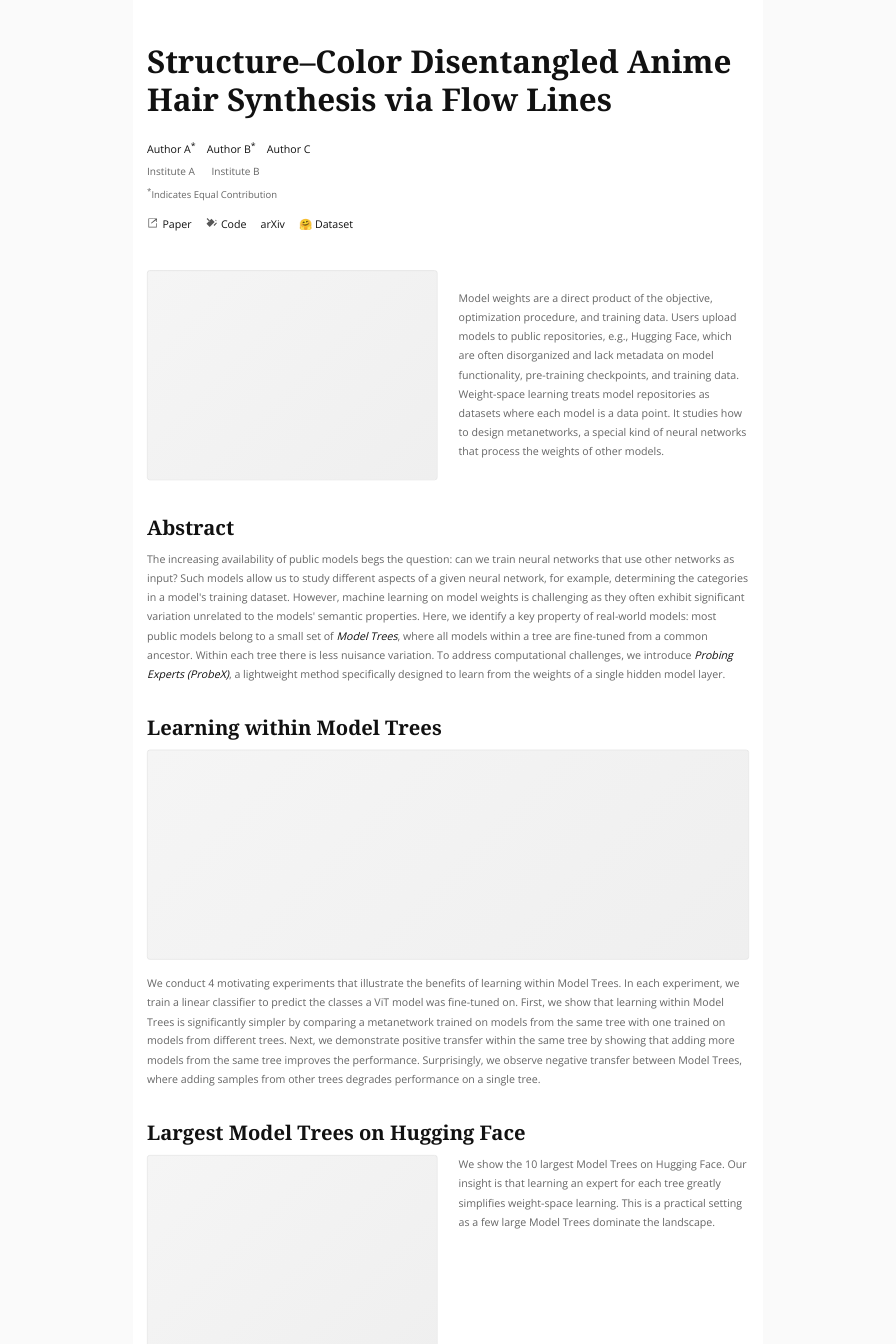
Repository: zty0304/FlowLines-web
Page: index.html
These files come from the project's save history. The page is drawn as it stood at one moment and after the next save; the edit follows.
The browser window is 1280 px wide. The pictures show the part of the page from y = 0 to 1920 px (the page is 3559 px tall before and 3624 px after), at 70% of full size.

Above is the page before, as saved 2026-08-31 15:22:02.

### index.html
<!DOCTYPE html>
<html lang="en">
  <head>
    <meta charset="UTF-8" />
    <meta name="viewport" content="width=device-width, initial-scale=1.0" />
    <meta name="description" content="Academic Research Paper Project Page" />
    <title>Your Paper Title</title>
    <link
      href="https://fonts.googleapis.com/css2?family=Noto+Serif:wght@400;700&family=Open+Sans:wght@400;600;700&display=swap"
      rel="stylesheet"
    />
    <link rel="stylesheet" href="styles.css" />
  </head>
  <body>
    <main class="content">
      <article class="paper">
        <div class="title-block">
          <h1>Structure–Color Disentangled Anime Hair Synthesis via Flow Lines</h1>

          <div class="authors-block">
            <div class="authors">
              <span><a href="#">Author A</a><sup>*</sup></span>
              <span><a href="#">Author B</a><sup>*</sup></span>
              <span><a href="#">Author C</a><sup></sup></span>
            </div>

            <div class="affiliations">
              <span>Institute A</span>
              <span>Institute B</span>
            </div>

            <div class="notes">
              <sup>*</sup><span>Indicates Equal Contribution</span>
            </div>

            <div class="links-row">
              <a href="#" class="paper-link">
                <svg width="16" height="16" viewBox="0 0 16 16" fill="currentColor">
                  <path d="M2 1h7v1H3v11h10V8h1v6H2V1z"></path>
                  <path d="M9 1v1h3.3L5.65 7.65l.7.7L13.3 3.3V6h1V1H9z"></path>
                </svg>
                <span>Paper</span>
              </a>
              <a href="#" class="code-link">
                <svg width="16" height="16" viewBox="0 0 16 16" fill="currentColor">
                  <path d="M4.927 5.427L6.06 4.294 2.354 0.588 1.22 1.721 4.927 5.427zm6.146 5.146l1.133 1.133 3.706-3.706-1.133-1.133-3.706 3.706zM1 8.54l7.072-7.072 4.596 4.596-7.072 7.072L1 8.54zm13.778-3.404l-1.414-1.414.707-.707 1.414 1.414-.707.707z"></path>
                </svg>
                <span>Code</span>
              </a>
              <a href="#" class="arxiv-link">
                <span>arXiv</span>
              </a>
              <a href="#" class="dataset-link">
                <span>🤗 Dataset</span>
              </a>
            </div>
          </div>
        </div>

        <div class="intro-section">
          <figure class="intro-figure">
            <div class="placeholder-img"></div>
          </figure>

          <p>
            Model weights are a direct product of the objective, optimization procedure, and training
            data. Users upload models to public repositories, e.g., Hugging Face, which are often
            disorganized and lack metadata on model functionality, pre-training checkpoints, and
            training data. Weight-space learning treats model repositories as datasets where each
            model is a data point. It studies how to design metanetworks, a special kind of neural
            networks that process the weights of other models.
          </p>
        </div>

        <section class="paper-section">
          <h2>Abstract</h2>
          <p>
            The increasing availability of public models begs the question: can we train neural networks
            that use other networks as input? Such models allow us to study different aspects of a given
            neural network, for example, determining the categories in a model's training dataset. However,
            machine learning on model weights is challenging as they often exhibit significant variation
            unrelated to the models' semantic properties. Here, we identify a key property of real-world
            models: most public models belong to a small set of <em>Model Trees</em>, where all models within
            a tree are fine-tuned from a common ancestor. Within each tree there is less nuisance variation.
            To address computational challenges, we introduce <em>Probing Experts (ProbeX)</em>, a lightweight
            method specifically designed to learn from the weights of a single hidden model layer.
          </p>
        </section>

        <section class="paper-section">
          <h2>Learning within Model Trees</h2>
          <figure class="section-figure">
            <div class="placeholder-img"></div>
          </figure>
          <p>
            We conduct 4 motivating experiments that illustrate the benefits of learning within Model
            Trees. In each experiment, we train a linear classifier to predict the classes a ViT model
            was fine-tuned on. First, we show that learning within Model Trees is significantly simpler
            by comparing a metanetwork trained on models from the same tree with one trained on models
            from different trees. Next, we demonstrate positive transfer within the same tree by showing
            that adding more models from the same tree improves the performance. Surprisingly, we observe
            negative transfer between Model Trees, where adding samples from other trees degrades
            performance on a single tree.
          </p>
        </section>

        <section class="paper-section">
          <h2>Largest Model Trees on Hugging Face</h2>
          <div class="section-content">
            <figure class="section-figure">
              <div class="placeholder-img"></div>
            </figure>
            <p>
              We show the 10 largest Model Trees on Hugging Face. Our insight is that learning an expert
              for each tree greatly simplifies weight-space learning. This is a practical setting as a few
              large Model Trees dominate the landscape.
            </p>
          </div>
        </section>

        <section class="paper-section">
          <h2>Probing Experts (ProbeX)</h2>
          <figure class="section-figure">
            <div class="placeholder-img"></div>
          </figure>
          <p>
            Unlike conventional probing methods that operate only on inputs and outputs, our lightweight
            architecture scales weight-space learning to large models by probing hidden model layers.
            ProbeX begins by passing a set of learned probes through the input weight matrix. A projection
            matrix, shared between all probes, reduces the dimensionality of the probe responses, followed
            by a non-linear activation. Each probe response is then mapped to a probe encoding via a
            per-probe encoder matrix. We sum the probe encodings to obtain the final model encoding, which
            the predictor head maps to the task output.
          </p>
        </section>

        <section class="paper-section">
          <h2>Results</h2>
          <p>
            ProbeX achieves state-of-the-art results on the task of training category prediction, accurately
            identifying the specific classes within a model's training dataset. Excitingly, ProbeX can also
            align fine-tuned Stable Diffusion weights with language representations. This capability enables
            a new task: zero-shot model classification, where models are classified via a text prompt describing
            their training data.
          </p>
          <figure class="section-figure">
            <div class="placeholder-img"></div>
          </figure>
        </section>

        <section class="paper-section bibtex-section">
          <div class="bibtex-header">
            <h2>BibTeX</h2>
            <button class="copy-btn" onclick="copyToClipboard()">Copy</button>
          </div>
          <pre id="bibtex"><code>@inproceedings{yourpaper2026,
  title = {Structure--Color Disentangled Anime Hair Synthesis via Flow Lines},
  author = {Author A and Author B and Author C},
  booktitle = {SIGGRAPH Asia 2026 Conference Proceedings},
  year = {2026}
}</code></pre>
        </section>

        <div class="footer-note">
          <p>
            This page was built using the <a href="https://github.com/eliahuhorwitz/Academic-project-page-template">Academic Project Page Template</a> which was adopted from the <a href="https://nerfies.github.io/">Nerfies</a> project page.
          </p>
        </div>
      </article>
    </main>

    <script src="script.js"></script>
  </body>
</html>

### styles.css
:root {
  --text-color: #111;
  --muted-color: #666;
  --bg-color: #fff;
  --border-color: #e0e0e0;
}

* {
  margin: 0;
  padding: 0;
  box-sizing: border-box;
}

html {
  scroll-behavior: smooth;
}

body {
  font-family: 'Open Sans', 'Helvetica Neue', Helvetica, Arial, sans-serif;
  background-color: #fafafa;
  color: var(--text-color);
  line-height: 1.6;
}

main.content {
  max-width: 900px;
  margin: 0 auto;
  padding: 60px 20px;
  background-color: var(--bg-color);
}

article.paper {
  padding: 0;
}

h1, h2, h3 {
  font-family: 'Noto Serif', serif;
  font-weight: 700;
  line-height: 1.2;
}

h1 {
  font-size: 2.8rem;
  margin-bottom: 30px;
  color: var(--text-color);
}

h2 {
  font-size: 1.8rem;
  margin-bottom: 15px;
  margin-top: 40px;
  color: var(--text-color);
}

h3 {
  font-size: 1.1rem;
}

a {
  color: var(--text-color);
  text-decoration: none;
}

a:hover {
  text-decoration: underline;
}

.title-block {
  margin-bottom: 50px;
}

.authors-block {
  margin-top: 20px;
}

.authors {
  font-size: 0.95rem;
  margin-bottom: 8px;
}

.authors span {
  display: inline;
  margin-right: 12px;
}

.authors a {
  color: var(--text-color);
}

.affiliations {
  font-size: 0.9rem;
  color: var(--muted-color);
  margin-bottom: 8px;
}

.affiliations span {
  margin-right: 20px;
}

.notes {
  font-size: 0.85rem;
  color: var(--muted-color);
  margin-bottom: 15px;
}

.links-row {
  display: flex;
  gap: 20px;
  flex-wrap: wrap;
  margin-top: 15px;
}

.links-row a {
  display: inline-flex;
  align-items: center;
  gap: 6px;
  font-size: 0.95rem;
  font-weight: 500;
  color: var(--text-color);
  padding: 4px 0;
}

.links-row a:hover {
  text-decoration: underline;
}

.links-row svg {
  opacity: 0.7;
}

.intro-section {
  margin-bottom: 50px;
  display: grid;
  grid-template-columns: 1fr 1fr;
  gap: 30px;
  align-items: center;
}

.intro-figure {
  margin: 0;
}

.intro-section p {
  font-size: 0.95rem;
  line-height: 1.8;
  color: var(--muted-color);
}

.paper-section {
  margin-bottom: 45px;
}

.paper-section p {
  font-size: 0.95rem;
  line-height: 1.8;
  color: var(--muted-color);
  margin-bottom: 15px;
}

.paper-section em {
  font-style: italic;
  color: var(--text-color);
}

.section-content {
  display: grid;
  grid-template-columns: 1fr 1fr;
  gap: 30px;
  align-items: start;
}

.section-figure {
  margin: 0 0 20px 0;
  width: 100%;
}

.placeholder-img {
  width: 100%;
  height: 300px;
  background: linear-gradient(135deg, #f5f5f5 0%, #efefef 100%);
  border: 1px solid var(--border-color);
  border-radius: 4px;
}

.bibtex-section {
  margin-top: 50px;
}

.bibtex-header {
  display: flex;
  justify-content: space-between;
  align-items: center;
  margin-bottom: 15px;
}

.copy-btn {
  background: none;
  border: 1px solid var(--border-color);
  padding: 6px 12px;
  cursor: pointer;
  font-size: 0.9rem;
  font-weight: 500;
  border-radius: 4px;
  display: flex;
  align-items: center;
  gap: 6px;
  color: var(--text-color);
}

.copy-btn:hover {
  background: #f5f5f5;
}

pre {
  background: #1a1a1a;
  color: #f1f1f1;
  padding: 15px 15px;
  border-radius: 4px;
  overflow-x: auto;
  font-size: 0.85rem;
  line-height: 1.5;
}

pre code {
  font-family: 'Courier New', monospace;
}

.footer-note {
  margin-top: 60px;
  padding-top: 30px;
  border-top: 1px solid var(--border-color);
  font-size: 0.85rem;
  color: var(--muted-color);
}

.footer-note a {
  color: var(--text-color);
  text-decoration: underline;
}

@media (max-width: 768px) {
  h1 {
    font-size: 2rem;
  }

  h2 {
    font-size: 1.4rem;
  }

  main.content {
    padding: 40px 15px;
  }

  .intro-section,
  .section-content {
    grid-template-columns: 1fr;
    gap: 20px;
  }

  .links-row {
    flex-direction: column;
    gap: 10px;
  }

  .placeholder-img {
    height: 250px;
  }
}

### script.js
function copyToClipboard() {
  const bibtex = document.getElementById('bibtex');
  const text = bibtex.textContent;
  navigator.clipboard.writeText(text).then(() => {
    const btn = document.querySelector('.copy-btn');
    const originalText = btn.innerHTML;
    btn.innerHTML = '<span>Copied!</span>';
    setTimeout(() => {
      btn.innerHTML = originalText;
    }, 2000);
  }).catch(err => {
    console.error('Failed to copy:', err);
  });
}

After the next save:
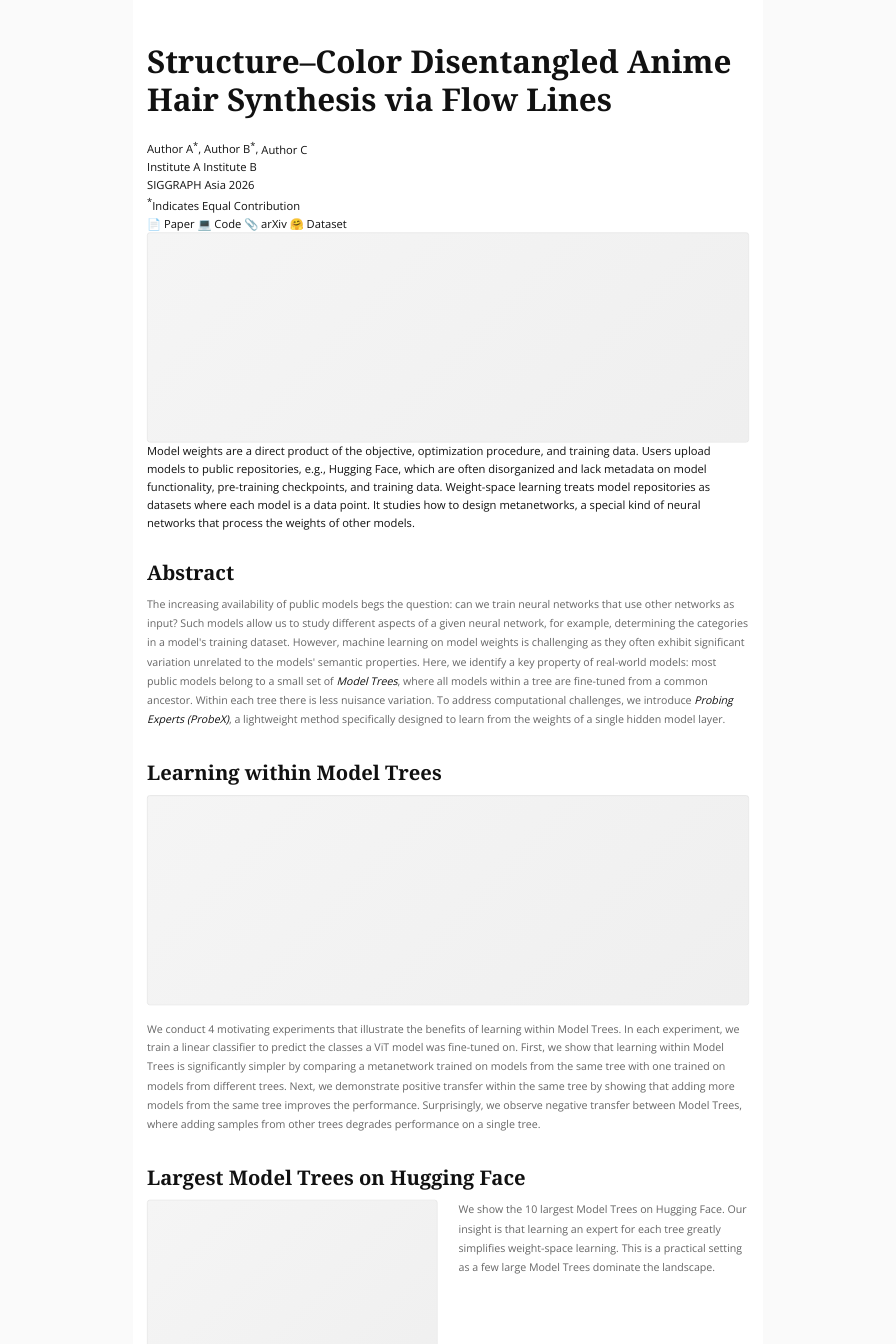
Saved 96 s later.
--- a/index.html
+++ b/index.html
@@ -13,55 +13,54 @@
   </head>
   <body>
     <main class="content">
-      <article class="paper">
-        <div class="title-block">
-          <h1>Structure–Color Disentangled Anime Hair Synthesis via Flow Lines</h1>
+      <div class="header-section">
+        <h1>Structure–Color Disentangled Anime Hair Synthesis via Flow Lines</h1>
 
-          <div class="authors-block">
-            <div class="authors">
-              <span><a href="#">Author A</a><sup>*</sup></span>
-              <span><a href="#">Author B</a><sup>*</sup></span>
-              <span><a href="#">Author C</a><sup></sup></span>
-            </div>
-
-            <div class="affiliations">
-              <span>Institute A</span>
-              <span>Institute B</span>
-            </div>
-
-            <div class="notes">
-              <sup>*</sup><span>Indicates Equal Contribution</span>
-            </div>
-
-            <div class="links-row">
-              <a href="#" class="paper-link">
-                <svg width="16" height="16" viewBox="0 0 16 16" fill="currentColor">
-                  <path d="M2 1h7v1H3v11h10V8h1v6H2V1z"></path>
-                  <path d="M9 1v1h3.3L5.65 7.65l.7.7L13.3 3.3V6h1V1H9z"></path>
-                </svg>
-                <span>Paper</span>
-              </a>
-              <a href="#" class="code-link">
-                <svg width="16" height="16" viewBox="0 0 16 16" fill="currentColor">
-                  <path d="M4.927 5.427L6.06 4.294 2.354 0.588 1.22 1.721 4.927 5.427zm6.146 5.146l1.133 1.133 3.706-3.706-1.133-1.133-3.706 3.706zM1 8.54l7.072-7.072 4.596 4.596-7.072 7.072L1 8.54zm13.778-3.404l-1.414-1.414.707-.707 1.414 1.414-.707.707z"></path>
-                </svg>
-                <span>Code</span>
-              </a>
-              <a href="#" class="arxiv-link">
-                <span>arXiv</span>
-              </a>
-              <a href="#" class="dataset-link">
-                <span>🤗 Dataset</span>
-              </a>
-            </div>
-          </div>
+        <div class="authors-line">
+          <span><a href="#">Author A</a><sup>*</sup>, </span>
+          <span><a href="#">Author B</a><sup>*</sup>, </span>
+          <span><a href="#">Author C</a></span>
         </div>
 
-        <div class="intro-section">
-          <figure class="intro-figure">
-            <div class="placeholder-img"></div>
-          </figure>
+        <div class="affiliation-line">
+          <span>Institute A</span>
+          <span>Institute B</span>
+        </div>
 
+        <div class="conference-line">
+          <span>SIGGRAPH Asia 2026</span>
+        </div>
+
+        <div class="equal-contribution">
+          <sup>*</sup>Indicates Equal Contribution
+        </div>
+
+        <div class="buttons-group">
+          <a href="#" class="btn btn-paper">
+            <span>📄</span>
+            <span>Paper</span>
+          </a>
+          <a href="#" class="btn btn-code">
+            <span>💻</span>
+            <span>Code</span>
+          </a>
+          <a href="#" class="btn btn-arxiv">
+            <span>📎</span>
+            <span>arXiv</span>
+          </a>
+          <a href="#" class="btn btn-dataset">
+            <span>🤗</span>
+            <span>Dataset</span>
+          </a>
+        </div>
+      </div>
+
+      <article class="paper">
+        <figure class="teaser-figure">
+          <div class="placeholder-img large"></div>
+        </figure>
+
+        <div class="intro-text">
           <p>
             Model weights are a direct product of the objective, optimization procedure, and training
             data. Users upload models to public repositories, e.g., Hugging Face, which are often
